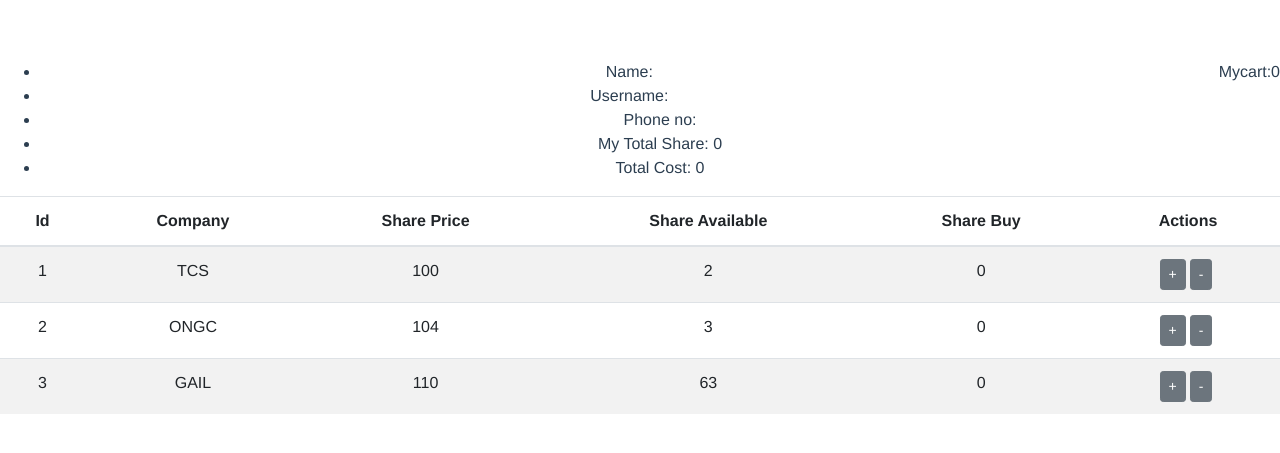
Repository: rupeshpawar93/vue-profile
Page: /#/portfolio/detail
The author's editor kept a copy of each file at every save. The page is drawn from the files as they stood at one save, then again after the next save.
The browser window is 1280 px wide. The pictures show the whole page.
The project was rebuilt for these pictures with package versions that can differ from the ones it lists, and the page was loaded fresh each time. Also part of the build but not shown: webpack.config.js, src/components/Portfolio.vue.

Above is the page before, as saved 2019-11-01 15:36:51.

After the next save:
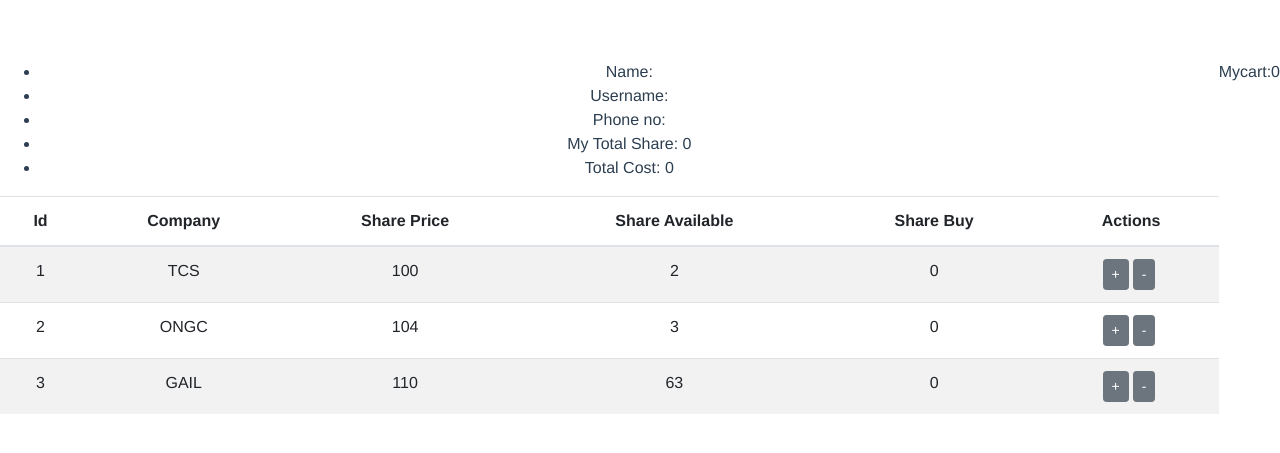
Saved 11 s later.
--- a/src/components/Mycart.vue
+++ b/src/components/Mycart.vue
@@ -1,7 +1,7 @@
 <template>
     <div>
         <p style="float:right">Mycart:{{share}}</p>
-        <div>
+        <div style="overflow:auto">
             <PortfolioDetail :profile="profile" @myEvent="mycart"/>
         </div>
     </div>
